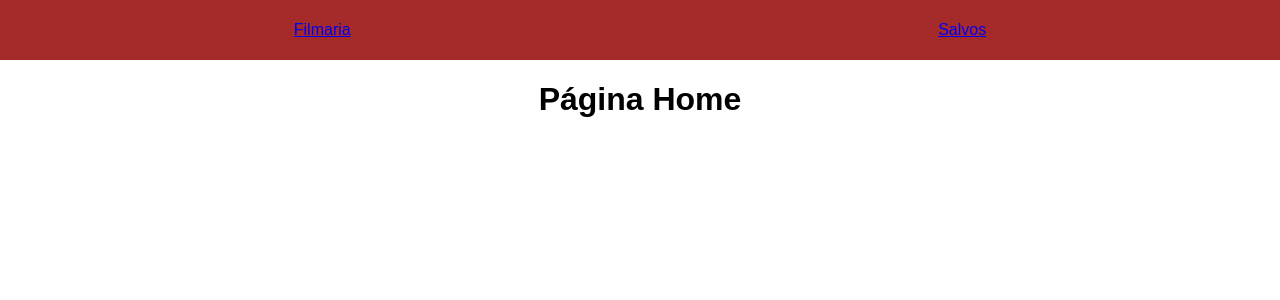
Repository: joaoaspimienta/Projeto-Filmaria
Page: /
These files come from the project's save history. The page is drawn as it stood at one moment and after the next save; the edit follows.
The browser window is 1280 px wide. The pictures show the whole page.
The project was rebuilt for these pictures with package versions that can differ from the ones it lists, and the page was loaded fresh each time.

Above is the page before, as saved 2022-02-28 18:21:01.

After the next save:
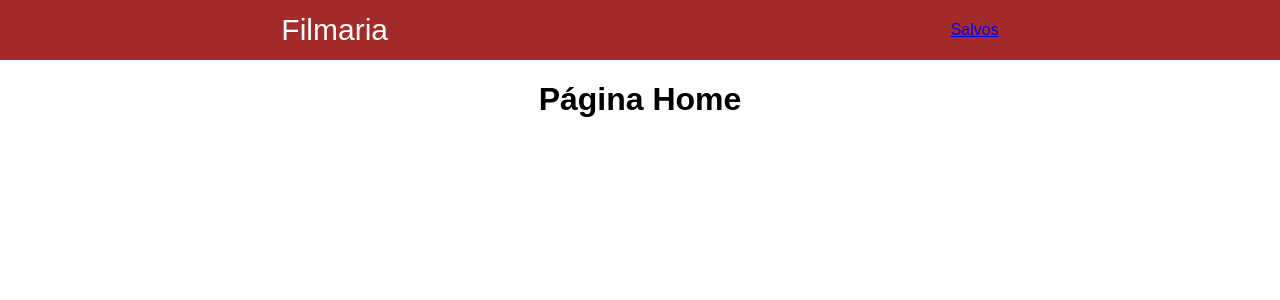
Saved 83 s later.
--- a/src/components/Header/header.css
+++ b/src/components/Header/header.css
@@ -6,3 +6,10 @@ header {
   height: 60px;
   background-color: brown;
 }
+
+.logo {
+  text-decoration: none;
+  font-size: 30px;
+  color: white;
+  cursor: pointer;
+}
